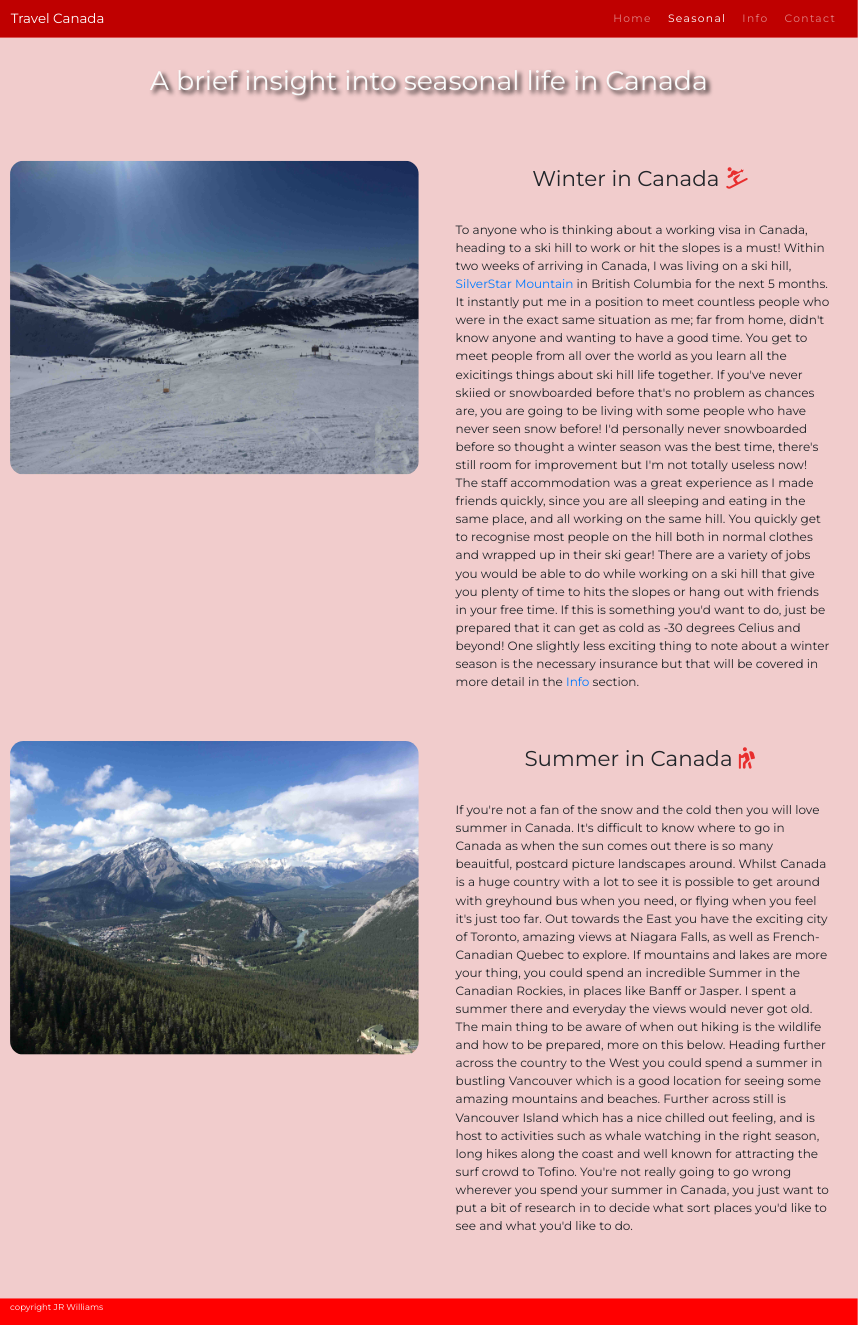
Repository: JonWil91/Travel-Canada
Page: seasonal.html
The author's editor kept a record of every edit. The page is drawn from the files as they stood at one moment, then again after the next edit.
The browser window is 1280 px wide. The pictures show the whole page, at 67% of full size.
Some web libraries are served in a nearby version.

Above is the page before.

### seasonal.html
<!DOCTYPE html>
<html lang="en">

<head>
    <meta charset="UTF-8">
    <meta name="viewport" content="width=device-width, initial-scale=1.0">
    <meta http-equiv="X-UA-Compatible" content="ie=edge">
    <title>Canada</title>
    <link rel="stylesheet" href="https://stackpath.bootstrapcdn.com/bootstrap/4.3.1/css/bootstrap.min.css" integrity="sha384-ggOyR0iXCbMQv3Xipma34MD+dH/1fQ784/j6cY/iJTQUOhcWr7x9JvoRxT2MZw1T" crossorigin="anonymous">
    <link href="https://fonts.googleapis.com/css?family=Montserrat:200,400,500i&display=swap" rel="stylesheet">
    <link rel="stylesheet" href="https://use.fontawesome.com/releases/v5.6.1/css/all.css" integrity="sha384-gfdkjb5BdAXd+lj+gudLWI+BXq4IuLW5IT+brZEZsLFm++aCMlF1V92rMkPaX4PP" crossorigin="anonymous">
    <link rel="stylesheet" href="css/style.css" type="text/css" />


    <body>

        <!-- navbar -->

        <div class="container-fluid navalert-container">
            <nav class="navbar navbar-dark navbar-expand-sm navbar-fixed-top">
                <a href="index.html" class="navbar-brand">Travel Canada</a>
                <button class="navbar-toggler ml-auto" type="button" data-toggle="collapse" data-target="#navbarNavDropdown" aria-controls="navbarNavDropdown" aria-expanded="false" aria-label="Toggle
        navigation">
            <span class="navbar-toggler-icon"></span>
        </button>
                <div class="collapse navbar-collapse" id="navbarNavDropdown">
                    <ul class="navbar-nav ml-auto">
                        <li class="nav-item mr-2"><a class="nav-link" href="index.html">Home</a></li>
                        <li class="active nav-item mr-2"><a class="nav-link" href="seasonal.html">Seasonal</a></li>
                        <li class="nav-item mr-2"><a class="nav-link" href="info.html">Info</a></li>
                        <li class="nav-item mr-2"><a class="nav-link" href="contact.html">Contact</a></li>

                    </ul>
                </div>
            </nav>
        </div>

        <!-- /navbar -->


        <!-- seasons -->

        <div class="container title-container my-5 text-center">
            <div class="row">
                <div class="col-12">
                    <h1 class="jumbotron-header my-5">A brief insight into seasonal life in Canada</h1>
                </div>
            </div>
        </div>

        <div class="container-fluid">
            <div class="row">
                <div class="col-lg-6">
                    <img src="images/canada-winter.jpg" class="img-fluid">
                </div>
                <div class="col-lg-6">
                    <div class="accordion d-sm-none" id="accordionExample">
                        <div class="card">
                            <div class="card-header" id="headingOne">
                                <h2 class="mb-0">
                                    <button class="btn btn-link" type="button" data-toggle="collapse" data-target="#collapseOne" aria-expanded="true" aria-controls="collapseOne">
          Winter in Canada
        </button>
                                </h2>
                            </div>

                            <div id="collapseOne" class="collapse" aria-labelledby="headingOne" data-parent="#accordionExample">
                                <div class="card-body">
                                    To anyone who is thinking about a working visa in Canada, heading to a ski hill to work or hit the slopes is a must! Within two weeks of arriving in Canada, I was living on a ski hill, <a href="https://www.skisilverstar.com/"
                                        target="_blank">SilverStar Mountain</a> in British Columbia for the next 5 months. It instantly put me in a position to meet countless people who were in the exact same situation as me; far from home, didn't know anyone
                                    and wanting to have a good time. You get to meet people from all over the world as you learn all the exicitings things about ski hill life together. If you've never skiied or snowboarded before that's no problem as
                                    chances are, you are going to be living with some people who have never seen snow before! I'd personally never snowboarded before so thought a winter season was the best time, there's still room for improvement but
                                    I'm not totally useless now! The staff accommodation was a great experience as I made friends quickly, since you are all sleeping and eating in the same place, and all working on the same hill. You quickly get to recognise
                                    most people on the hill both in normal clothes and wrapped up in their ski gear! There are a variety of jobs you would be able to do while working on a ski hill that give you plenty of time to hits the slopes or hang
                                    out with friends in your free time. If this is something you'd want to do, just be prepared that it can get as cold as -30 degrees Celius and beyond! One slightly less exciting thing to note about a winter season is
                                    the necessary insurance but that will be covered in more detail in the <a href="info.html">Info</a> section.
                                </div>
                            </div>
                        </div>
                    </div>

                    <div class="container-fluid d-none d-md-block">
                        <div class="row">
                            <div class="col-lg-12">
                                <h2 class="text-center season-title align-text-top"> Winter in Canada<i class="fas fa-skiing icon fa-flip-horizontal"></i></h2>
                                <p class="season-section">To anyone who is thinking about a working visa in Canada, heading to a ski hill to work or hit the slopes is a must! Within two weeks of arriving in Canada, I was living on a ski hill, <a href="https://www.skisilverstar.com/"
                                        target="_blank">SilverStar Mountain</a> in British Columbia for the next 5 months. It instantly put me in a position to meet countless people who were in the exact same situation as me; far from home, didn't know anyone
                                    and wanting to have a good time. You get to meet people from all over the world as you learn all the exicitings things about ski hill life together. If you've never skiied or snowboarded before that's no problem as
                                    chances are, you are going to be living with some people who have never seen snow before! I'd personally never snowboarded before so thought a winter season was the best time, there's still room for improvement but
                                    I'm not totally useless now! The staff accommodation was a great experience as I made friends quickly, since you are all sleeping and eating in the same place, and all working on the same hill. You quickly get to recognise
                                    most people on the hill both in normal clothes and wrapped up in their ski gear! There are a variety of jobs you would be able to do while working on a ski hill that give you plenty of time to hits the slopes or hang
                                    out with friends in your free time. If this is something you'd want to do, just be prepared that it can get as cold as -30 degrees Celius and beyond! One slightly less exciting thing to note about a winter season is
                                    the necessary insurance but that will be covered in more detail in the <a href="info.html">Info</a> section.
                                </p>
                            </div>
                        </div>
                    </div>



                </div>
            </div>
        </div>


        <div class="container-fluid my-5">
            <div class="row">
                <div class="col-lg-6">
                    <img src="images/canada-summer.jpg" class="img-fluid">
                </div>
                <div class="col-lg-6">
                    <div class="accordion d-sm-none" id="accordionExample">
                        <div class="card">
                            <div class="card-header" id="headingTwo">
                                <h2 class="mb-0">
                                    <button class="btn btn-link collapsed" type="button" data-toggle="collapse" data-target="#collapseTwo" aria-expanded="false" aria-controls="collapseTwo">
          Summer in Canada
        </button>
                                </h2>
                            </div>
                            <div id="collapseTwo" class="collapse" aria-labelledby="headingTwo" data-parent="#accordionExample">
                                <div class="card-body">
                                    If you're not a fan of the snow and the cold then you will love summer in Canada. It's difficult to know where to go in Canada as when the sun comes out there is so many beauitful, postcard picture landscapes around. Whilst Canada is a huge country with
                                    a lot to see it is possible to get around with greyhound bus when you need, or flying when you feel it's just too far. Out towards the East you have the exciting city of Toronto, amazing views at Niagara Falls, as well
                                    as French-Canadian Quebec to explore. If mountains and lakes are more your thing, you could spend an incredible Summer in the Canadian Rockies, in places like Banff or Jasper. I spent a summer there and everyday the
                                    views would never got old. The main thing to be aware of when out hiking is the wildlife and how to be prepared, more on this below. Heading further across the country to the West you could spend a summer in bustling
                                    Vancouver which is a good location for seeing some amazing mountains and beaches. Further across still is Vancouver Island which has a nice chilled out feeling, and is host to activities such as whale watching in the
                                    right season, long hikes along the coast and well known for attracting the surf crowd to Tofino. You're not really going to go wrong wherever you spend your summer in Canada, you just want to put a bit of research in
                                    to decide what sort places you'd like to see and what you'd like to do.
                                </div>
                            </div>
                        </div>
                    </div>

                    <div class="container-fluid d-none d-md-block">
                        <div class="row d-none d-md-block">
                            <div class="col-lg-12">
                                <h2 class="text-center season-title">Summer in Canada<i class="fas fa-hiking fa-flip-horizontal icon"></i></h2>
                                <p class="season-section">If you're not a fan of the snow and the cold then you will love summer in Canada. It's difficult to know where to go in Canada as when the sun comes out there is so many beauitful, postcard picture landscapes around. Whilst
                                    Canada is a huge country with a lot to see it is possible to get around with greyhound bus when you need, or flying when you feel it's just too far. Out towards the East you have the exciting city of Toronto, amazing
                                    views at Niagara Falls, as well as French-Canadian Quebec to explore. If mountains and lakes are more your thing, you could spend an incredible Summer in the Canadian Rockies, in places like Banff or Jasper. I spent
                                    a summer there and everyday the views would never got old. The main thing to be aware of when out hiking is the wildlife and how to be prepared, more on this below. Heading further across the country to the West you
                                    could spend a summer in bustling Vancouver which is a good location for seeing some amazing mountains and beaches. Further across still is Vancouver Island which has a nice chilled out feeling, and is host to activities
                                    such as whale watching in the right season, long hikes along the coast and well known for attracting the surf crowd to Tofino. You're not really going to go wrong wherever you spend your summer in Canada, you just want
                                    to put a bit of research in to decide what sort places you'd like to see and what you'd like to do.
                                </p>
                            </div>
                        </div>
                    </div>


                </div>
            </div>
        </div>


        <!-- /seasons -->

        <!-- footer -->

        <div class="container-fluid footer">
            <div class="row">
                <div class="col-12">
                    <p class="ml-auto"><small>copyright JR Williams</small></p>

                </div>
            </div>
        </div>


        <!-- /footer -->


        <script src="https://code.jquery.com/jquery-3.3.1.slim.min.js" integrity="sha384-q8i/X+965DzO0rT7abK41JStQIAqVgRVzpbzo5smXKp4YfRvH+8abtTE1Pi6jizo" crossorigin="anonymous"></script>
        <script src="https://cdnjs.cloudflare.com/ajax/libs/popper.js/1.14.7/umd/popper.min.js" integrity="sha384-UO2eT0CpHqdSJQ6hJty5KVphtPhzWj9WO1clHTMGa3JDZwrnQq4sF86dIHNDz0W1" crossorigin="anonymous"></script>
        <script src="https://stackpath.bootstrapcdn.com/bootstrap/4.3.1/js/bootstrap.min.js" integrity="sha384-JjSmVgyd0p3pXB1rRibZUAYoIIy6OrQ6VrjIEaFf/nJGzIxFDsf4x0xIM+B07jRM" crossorigin="anonymous"></script>


    </body>

### css/style.css
body {
    font-family: 'Montserrat', sans-serif;
    background-color: #f1cccc;
}


/* Navbar */

.navalert-container {
    position: absolute;
    top: 0;
    left: 0;
    padding-left: 0;
    padding-right: 0;
    z-index: 1;
    background-color: #ff0000;
}

.navbar {
    margin-bottom: 0;
    border: 0;
    width: 100%;
    background-color: rgba(0, 0, 0, 0.25);
}

.navbar-toggler {
    border: none;
    background-color: transparent;
}

.navbar-brand {
    font-weight: 500;
}

.navbar-nav {
    letter-spacing: 2px;
}


/* /navbar */

/* landing page */

.callout-container {
    height: 100vh;
    background: url("../images/canada-landing-page.jpg") no-repeat bottom right fixed;
    -webkit-background-size: cover;
    -moz-background-size: cover;
    -o-background-size: cover;
    background-size: cover;

    display: flex;
    justify-content: center;
    position: relative;
}



.jumbotron {
    background-color: transparent;
    margin-top: 30px;
    color: #fafafa;
}

.jumbotron-header {
    font-size: 40px;
    color: #fafafa;
    text-shadow: 5px 5px 7px black;
}

.lead {
    margin-top: 30px;
    color: #de5858;
    font-family: 'Roboto', sans-serif;
    font-weight: 600;
    font-size: 25px;
    text-shadow: 5px 5px 10px #fafafa;

}

.about-me {
    color: #fafafa;
    text-shadow: 5px 5px 10px black;
}

.about-me-text {
    color: black;
}


/* /landing page */

/* seasonal */

.title-container {
    display: flex;
    justify-content: center;
    position: relative;
}

.container-subheading {
    display: flex;
    justify-content: center;
    position: relative;
}

.img-fluid {
    width: 100vh;
    height: 65vh;
    border-radius: 20px;
}


.icon {
    color: #e82e2e;
    padding: 10px;
}

.season-title {
    padding: 0 0 20px 0;

}

.season-section {
    font-size: 18px;
    padding: 10px;
}

.card-header {
    justify-content: center;
    display: flex;
    background-color: transparent;
    border: none;
    text-decoration: none;
}

button {
    text-decoration: none;
}

.btn-link {
    font-size: 25px;
}

.btn-link:hover,
.btn-link:active,
.btn-link:focus {
    text-decoration: none;
    background-color: #ff0000;
    color: #fafafa;
    font-size: 25px;
    border-radius: 5px;
}


/* /seasonal */


/* Info */


.title {
    color: #fafafa;
}

.timeline-item {
    padding: 4em 2em 0em 2em;
    position: relative;
    color: red;
    border-left: 1px solid;
}

.timeline-item p {
    padding: 0;
    margin: 0;
}

.timeline-item:before {
    content: attr(data-dates);
    position: absolute;
    left: 2.5em;
    top: 3em;
    display: block;
    font-family: "Exo", sans-serif;
    font-weight: 500;
    font-size: 0.8em;
    padding: 0;
    margin: 0;
}

.timeline-item:after {
    width: 12px;
    height: 12px;
    display: block;
    top: 2.4em;
    position: absolute;
    left: -6px;
    border-radius: 12px;
    content: '';
    background-color: #fafafa;
}

.history-items {
    margin-bottom: 30px;
}

.extra-info {
    color: red;
    margin-top: 100px;
}

.card,
.card-reader {
    background-color: transparent;
    border: none !important;
    padding: 0;
    margin-bottom: 20px;
}

.flag-picture {
    width: 90vh;
    height: 65vh;
    border-radius: 20px;
}

/* /Info */

/* Contact */

.contact-box {
    height: 100%;
}

.contact-button {
    background-color: #ff0000;
}


/* /Contact */

/* Footer */

.footer {
    background-color: #ff0000;
    color: #fafafa;
    float: right;
    margin-top: 20px;
}

.footer-contact {
    background-color: #ff0000;
    color: #fafafa;
    float: right;
    position: absolute;
    bottom: 0;
}


/* /footer */

@media only screen and (max-width: 600px) {
  .flag-picture {
    width: 45vh;
    height: 30vh;
    border-radius: 20px;
  }
}

@media only screen and (max-width: 990px) {
  .flag-picture {
    width: 45vh;
    height: 30vh;
    border-radius: 20px;
  }
}

After the next edit:
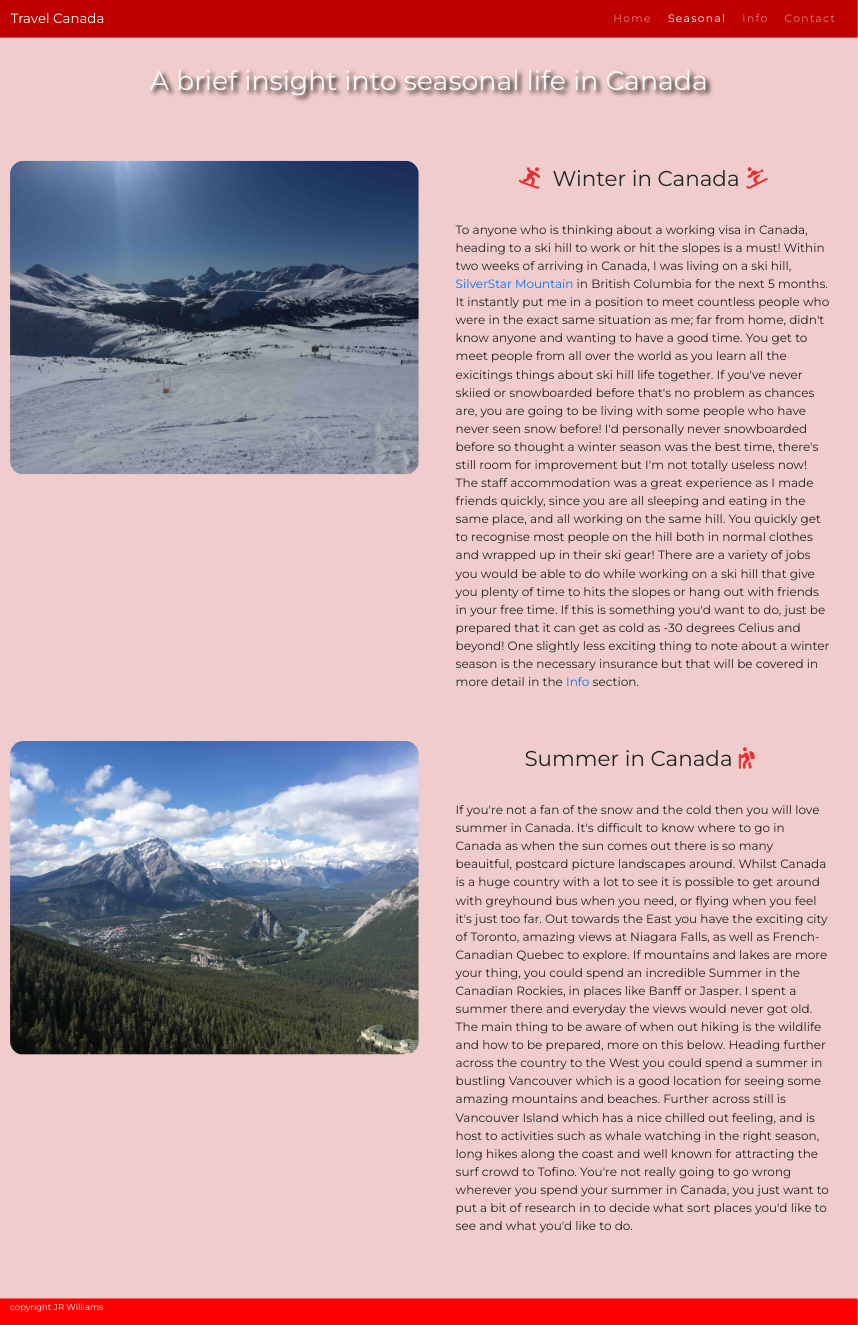
The edit:
--- a/seasonal.html
+++ b/seasonal.html
@@ -82,7 +82,7 @@
                     <div class="container-fluid d-none d-md-block">
                         <div class="row">
                             <div class="col-lg-12">
-                                <h2 class="text-center season-title align-text-top"> Winter in Canada<i class="fas fa-skiing icon fa-flip-horizontal"></i></h2>
+                                <h2 class="text-center season-title align-text-top"><i class="fas fa-snowboarding icon"></i> Winter in Canada<i class="fas fa-skiing icon fa-flip-horizontal"></i></h2>
                                 <p class="season-section">To anyone who is thinking about a working visa in Canada, heading to a ski hill to work or hit the slopes is a must! Within two weeks of arriving in Canada, I was living on a ski hill, <a href="https://www.skisilverstar.com/"
                                         target="_blank">SilverStar Mountain</a> in British Columbia for the next 5 months. It instantly put me in a position to meet countless people who were in the exact same situation as me; far from home, didn't know anyone
                                     and wanting to have a good time. You get to meet people from all over the world as you learn all the exicitings things about ski hill life together. If you've never skiied or snowboarded before that's no problem as
